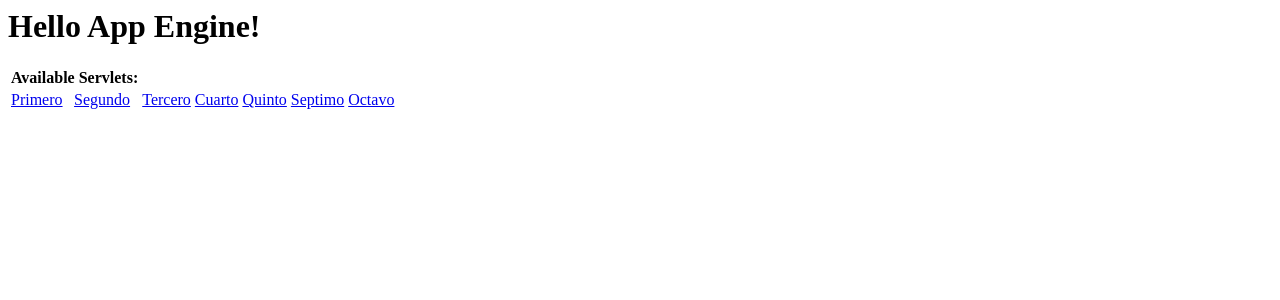
Repository: quino22/ulasalle
Page: lab02-70391273/war/index.html
These files come from the project's save history. The page is drawn as it stood at one moment and after the next save; the edit follows.
The browser window is 1280 px wide. The pictures show the whole page.

Above is the page before, as saved 2016-11-01 18:29:16.

After the next save:
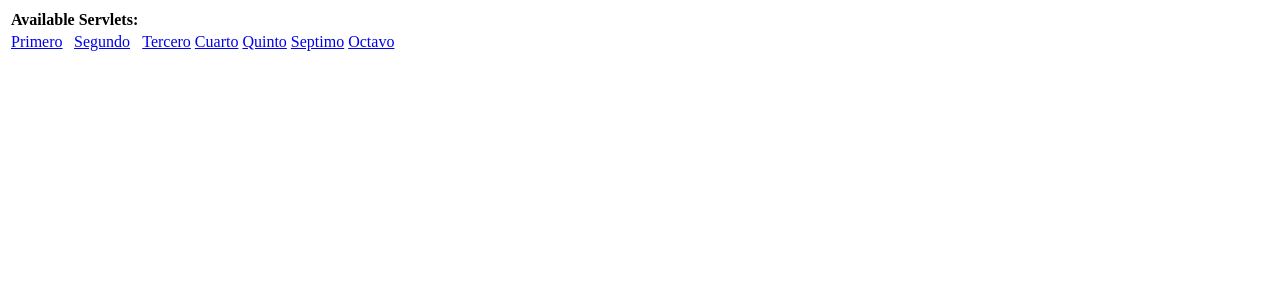
Saved 2 min 38 s later.
--- a/lab02-70391273/war/index.html
+++ b/lab02-70391273/war/index.html
@@ -13,7 +13,7 @@
   </head>
 
   <body>
-    <h1>Hello App Engine!</h1>
+    <h1></h1>
 
     <table>
       <tr>
